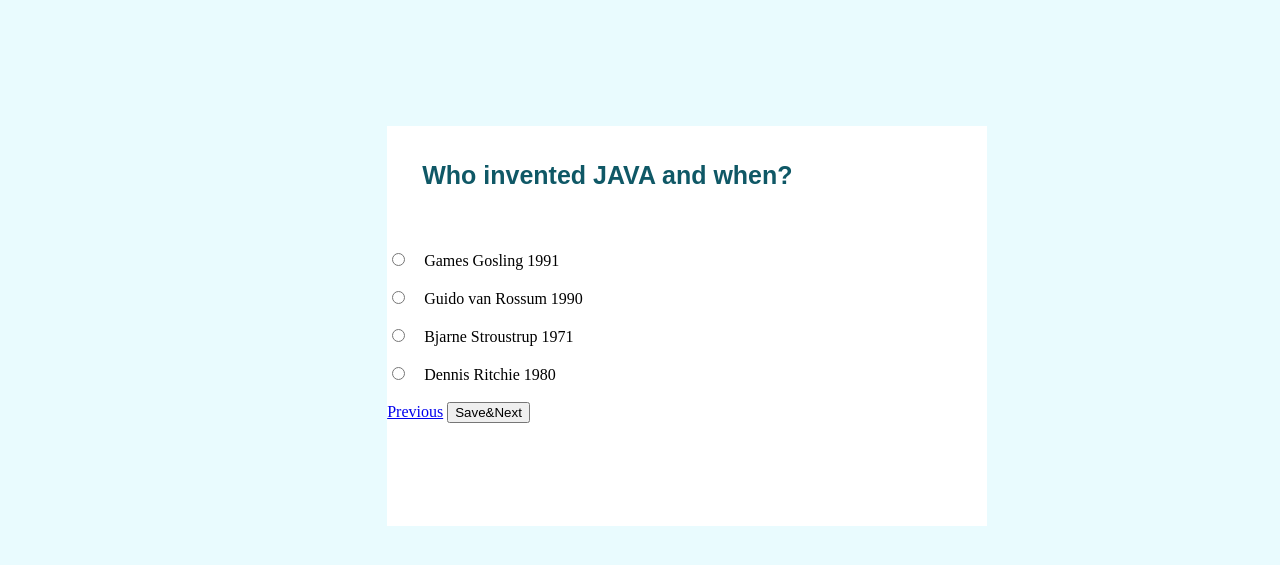
Repository: Rupali-8062Chourasiya5279/Internship_Task_Rupali
Page: Programming Language/quiz/QuizApp/src/main/webapp/Second.html
These files come from the project's save history. The page is drawn as it stood at one moment and after the next save; the edit follows.
The browser window is 1280 px wide. The pictures show the whole page.

Above is the page before, as saved 2025-01-24 13:56:57.

After the next save:
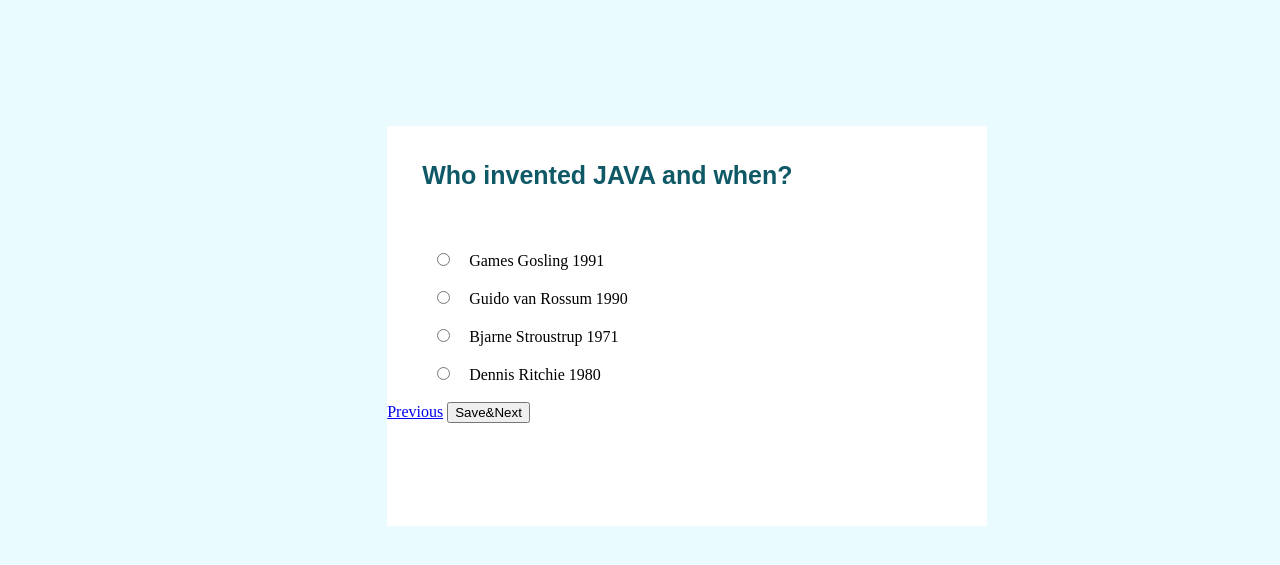
Saved 21 s later.
--- a/Programming Language/quiz/QuizApp/src/main/webapp/Second.html
+++ b/Programming Language/quiz/QuizApp/src/main/webapp/Second.html
@@ -61,10 +61,10 @@ margin-top: 10%;
 	<form action="Second" method="post">
 	<div id="div1">
 	<h3>Who invented JAVA  and when?</h3>
-	<input type="radio" name="q2" value="James Gosling 1991">&emsp;Games Gosling 1991</input><br><br>
-	<input type="radio" name="q2" value="Guido van Rossum">&emsp;Guido van Rossum 1990</input><br><br>
-	<input type="radio" name="q2" value="Bjarne Stroustrup">&emsp;Bjarne Stroustrup 1971</input><br><br>
-	<input type="radio" name="q2" value="Dennis Ritchie">&emsp;Dennis Ritchie 1980</input><br><br>
+	<input class="c1"  type="radio" name="q2" value="James Gosling 1991">&emsp;Games Gosling 1991</input><br><br>
+	<input  class="c1" type="radio" name="q2" value="Guido van Rossum">&emsp;Guido van Rossum 1990</input><br><br>
+	<input  class="c1" type="radio" name="q2" value="Bjarne Stroustrup">&emsp;Bjarne Stroustrup 1971</input><br><br>
+	<input  class="c1" type="radio" name="q2" value="Dennis Ritchie">&emsp;Dennis Ritchie 1980</input><br><br>
 	<a href="First.html">Previous</a>
 	<input type="submit" value="Save&Next">
 	</div>
